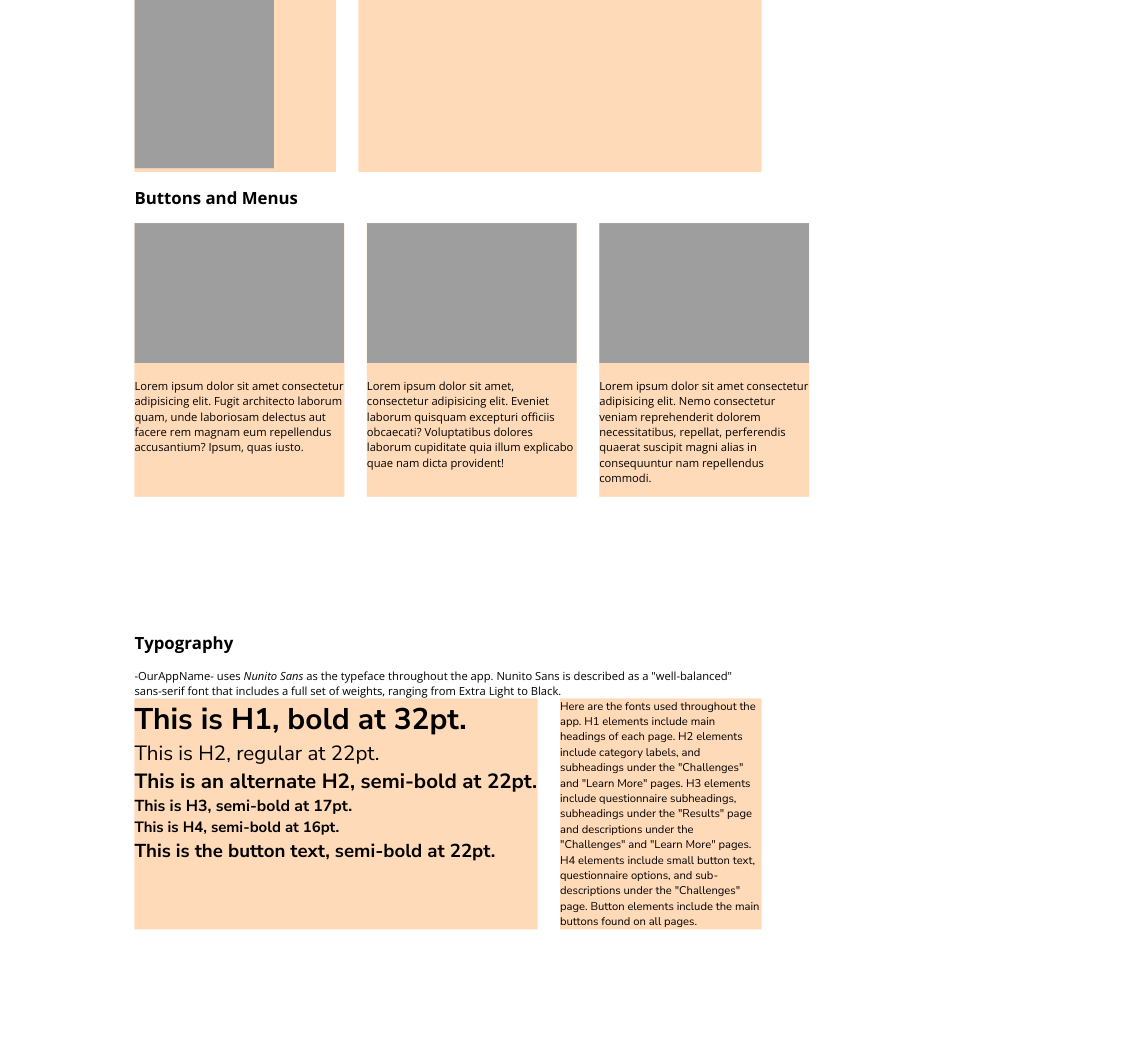
Repository: seohyun9672/Timearth-A6Styleguide
Page: page2.html
The author's editor kept a copy of each file at every save. The page is drawn from the files as they stood at one save, then again after the next save.
The browser window is 1280 px wide. The page is 1632 px wide, so the pictures cover 1632 px, including what lies to the right of the window. The pictures show the part of the page from y = 914 to 2434 px (the page is 2434 px tall before and 2412 px after), at 70% of full size.
Pictures or frames that could not be fetched are drawn as grey boxes.

Above is the page before, as saved 2022-03-20 20:05:24.

After the next save:
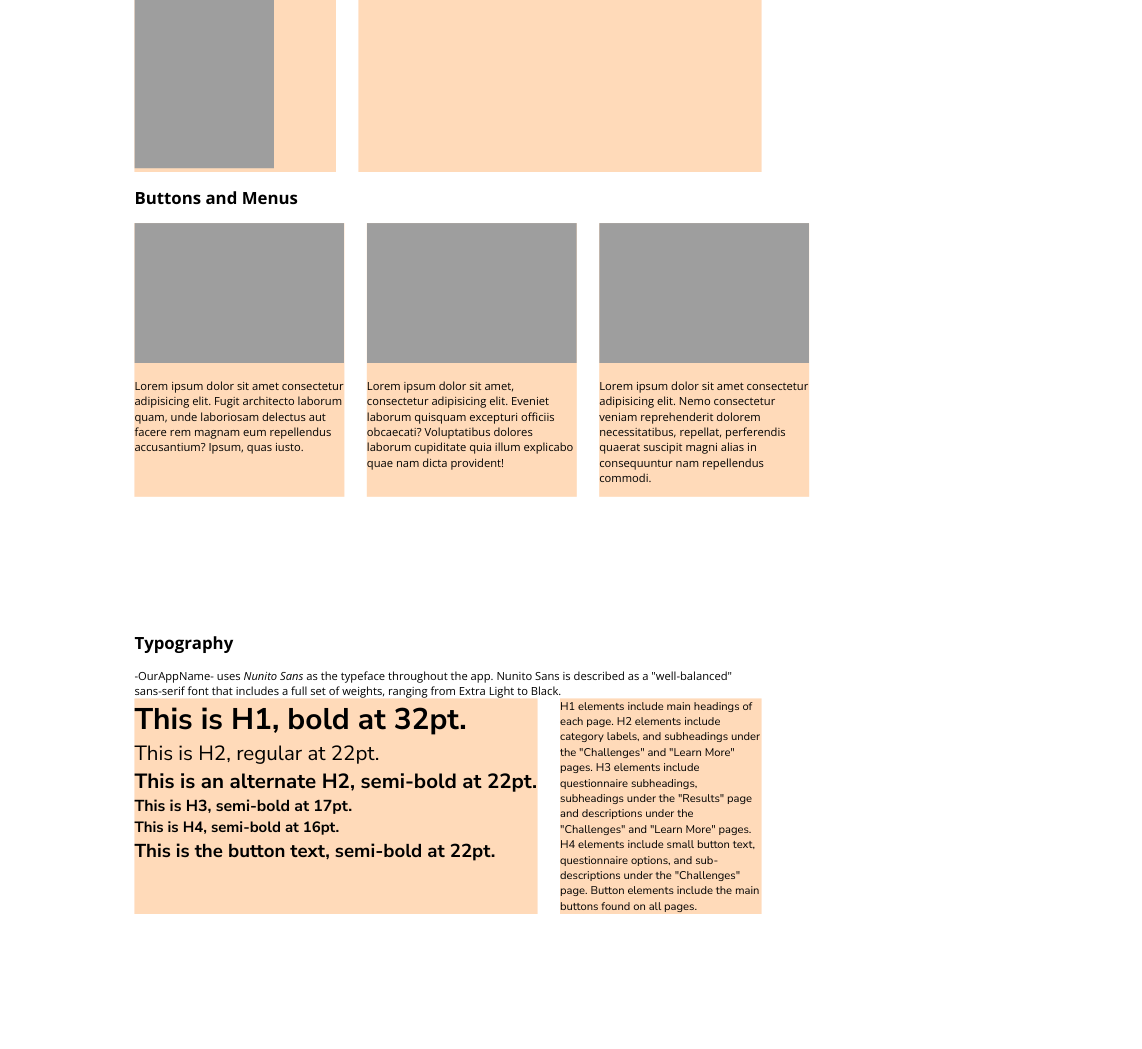
Saved 13 s later.
--- a/page2.html
+++ b/page2.html
@@ -89,7 +89,6 @@
             <div class="nbtn">This is the button text, semi-bold at 22pt.</div>
         </div>
         <div class="col nunito">
-          Here are the fonts used throughout the app.
           H1 elements include main headings of each page.
           H2 elements include category labels, and subheadings under the "Challenges" and "Learn More" pages.
           H3 elements include questionnaire subheadings, subheadings under the "Results" page and descriptions under the "Challenges" and "Learn More" pages.
